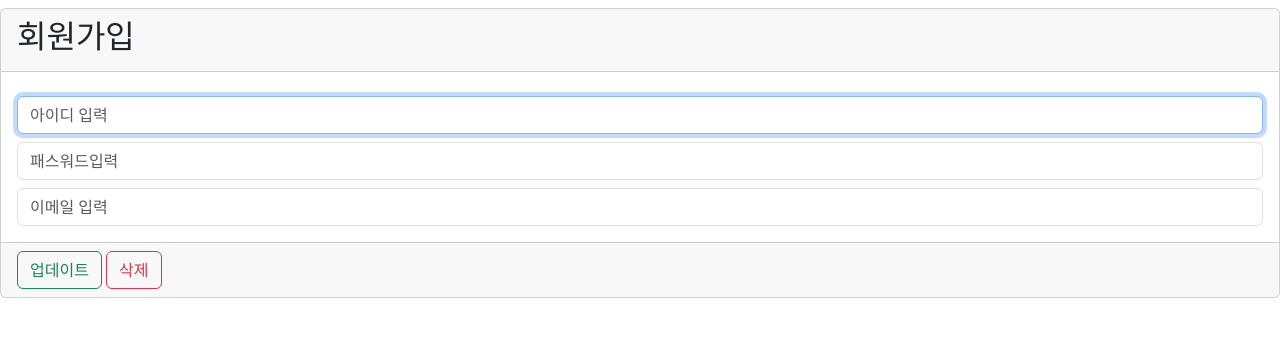
Repository: ldj0905/javaproject
Page: http://localhost/lab05_jsp/user/signup
An editor plug-in stored every save of this project. The page is shown before and after the next save, followed by the edit.
The browser window is 1280 px wide. The pictures show the whole page.
The page is served by Tomcat 10. Other server files are loaded and not shown.

Above is the page before, as saved 2024-05-30 09:59:58.

### lab05_jsp/src/main/webapp/WEB-INF/views/user/signup.jsp
<%@ page language="java" contentType="text/html; charset=UTF-8"
    pageEncoding="UTF-8" trimDirectiveWhitespaces="true"%>
<%@ taglib prefix="c" uri="jakarta.tags.core"%>
<!DOCTYPE html>
<html>
<head>
<meta charset="UTF-8">
<meta name="viewport" content="width=device-width, initial-scale=1">
<title>회원 가입</title>
<link
    href="https://cdn.jsdelivr.net/npm/bootstrap@5.3.3/dist/css/bootstrap.min.css"
    rel="stylesheet"
    integrity="sha384-QWTKZyjpPEjISv5WaRU9OFeRpok6YctnYmDr5pNlyT2bRjXh0JMhjY6hW+ALEwIH"
    crossorigin="anonymous">
</head>
<body>
    <!-- TODO: 회원 가입 양식(form) -->
    <main>
        <div class="mt-2 card">
            <div class="card-header">
                <h2>회원가입</h2>
            </div>
            <div class="card-body">
                <c:url var="signup" value="/post/list" />
                <form method="post" action="${signup}">

                    <div class="mt-2">
                        <input class="form-control" type="text"
                            name="userid" placeholder="아이디 입력" required
                            autofocus />
                        <!--autofocus가 뭐하는거임 -->
                    </div>
                    <div class="mt-2">
                        <input class="form-control" type="text"
                            name="password" placeholder="패스워드입력"
                            required></input>
                    </div>
                    <div class="mt-2">
                        <input class="form-control" type="text"
                            name="email" placeholder="이메일 입력" required />
                    </div>
                </form>
            </div>
            <div>
                <div class ="card-footer">
                    <button id = "btnUpdate" class = "btn btn-outline-success">업데이트</button> <!--  수정한거 저장하기 -->
                    <button id = "btnDelete" class = "btn btn-outline-danger">삭제</button> <!-- 글삭제  -->
                </div>
            </div>
        </div>
    </main>
    <script
        src="https://cdn.jsdelivr.net/npm/bootstrap@5.3.3/dist/js/bootstrap.bundle.min.js"
        integrity="sha384-YvpcrYf0tY3lHB60NNkmXc5s9fDVZLESaAA55NDzOxhy9GkcIdslK1eN7N6jIeHz"
        crossorigin="anonymous"></script>
</body>
</html>

### lab05_jsp/src/main/java/com/itwill/lab05/web/UserSignUpController.java
package com.itwill.lab05.web;

import java.io.IOException;

import org.slf4j.Logger;
import org.slf4j.LoggerFactory;

import com.itwill.lab05.repository.User;
import com.itwill.lab05.service.UserService;

import jakarta.servlet.ServletException;
import jakarta.servlet.annotation.WebServlet;
import jakarta.servlet.http.HttpServlet;
import jakarta.servlet.http.HttpServletRequest;
import jakarta.servlet.http.HttpServletResponse;

@WebServlet (name = "userSignUpController", urlPatterns = {"/user/signup"})
public class UserSignUpController extends HttpServlet {
	private static final long serialVersionUID = 1L;
	private static final Logger log = LoggerFactory.getLogger(UserSignUpController.class);
	//controller는 service를 호출한다.

	private final UserService userService = UserService.INSTANCE;
	//TODO: 회원 가입에 필요한 요청 처리 메서드.


	@Override
	protected void doGet(HttpServletRequest req, HttpServletResponse resp) throws ServletException, IOException {
		log.debug("doGet()");
		req.getRequestDispatcher("/WEB-INF/views/user/signup.jsp").forward(req, resp);
	}
	@Override
	protected void doPost(HttpServletRequest req, HttpServletResponse resp) throws ServletException, IOException {
		log.debug("doPost");
		String userid = req.getParameter("userid");
		String password = req.getParameter("password");
		String email = req.getParameter("email");
		User user = User.builder().userid(userid).password(password).email(email).build();

		userService.create(user);
		String url = req.getContextPath() + "/signin";
		resp.sendRedirect(url);
	}
}

### lab05_jsp/src/main/java/com/itwill/lab05/repository/UserDao.java
package com.itwill.lab05.repository;

import java.sql.Connection;
import java.sql.PreparedStatement;
import java.sql.SQLException;

import org.slf4j.Logger;
import org.slf4j.LoggerFactory;

import com.itwill.lab05.datasource.DataSourceUtil;
import com.zaxxer.hikari.HikariDataSource;


// DAO(Data Access Object). 데이터베이스 CRUD. <= 하는역할 : create read update delete
public enum UserDao {
	INSTANCE;

	private static final Logger log = LoggerFactory.getLogger(UserDao.class);

	private final HikariDataSource ds = DataSourceUtil.getInstance().getDataSource(); // <- 얘 뭐하는애임?

	//TODO: users 테이블에 insert SQL 문장 & 메서드
	private static final String SQL_INSERT =
			"insert into posts (userid,password,email) values(?, ?, ?)";

	//insert source 만들기
	public int insert(User user) {
		log.debug("insert({})", user);
		log.debug(SQL_INSERT);

		Connection conn = null;
		PreparedStatement stmt = null;
		int result = 0;
		try {
			conn = ds.getConnection();
            stmt = conn.prepareStatement(SQL_INSERT);
            stmt.setString(1,user.getUserid());
            stmt.setString(2, user.getPassword());
            stmt.setString(3, user.getEmail());
            result = stmt.executeUpdate();
		}catch(SQLException e) {
			e.printStackTrace();
		}

		return result;
	}



}

After the next save:
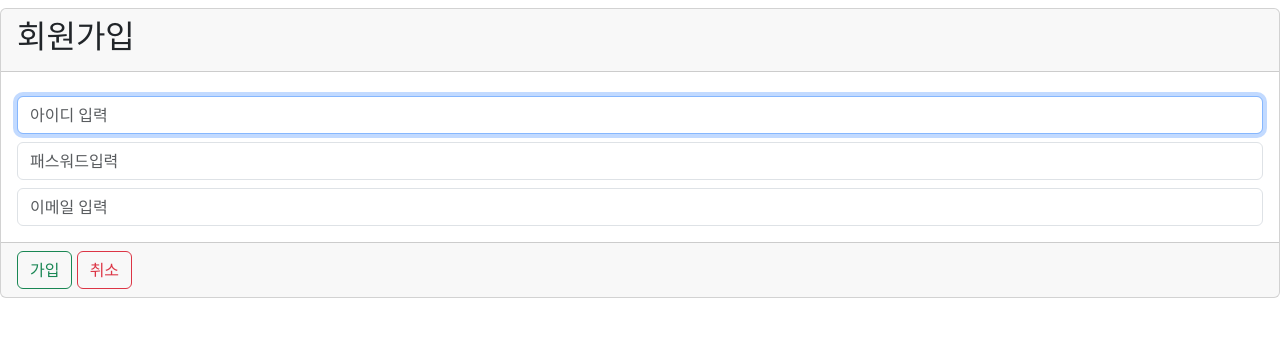
Saved 16 s later.
--- a/lab05_jsp/src/main/webapp/WEB-INF/views/user/signup.jsp
+++ b/lab05_jsp/src/main/webapp/WEB-INF/views/user/signup.jsp
@@ -43,8 +43,8 @@
             </div>
             <div>
                 <div class ="card-footer">
-                    <button id = "btnUpdate" class = "btn btn-outline-success">업데이트</button> <!--  수정한거 저장하기 -->
-                    <button id = "btnDelete" class = "btn btn-outline-danger">삭제</button> <!-- 글삭제  -->
+                    <button id = "btnUpdate" class = "btn btn-outline-success">가입</button> <!--  수정한거 저장하기 -->
+                    <button id = "btnDelete" class = "btn btn-outline-danger">취소</button> <!-- 글삭제  -->
                 </div>
             </div>
         </div>
